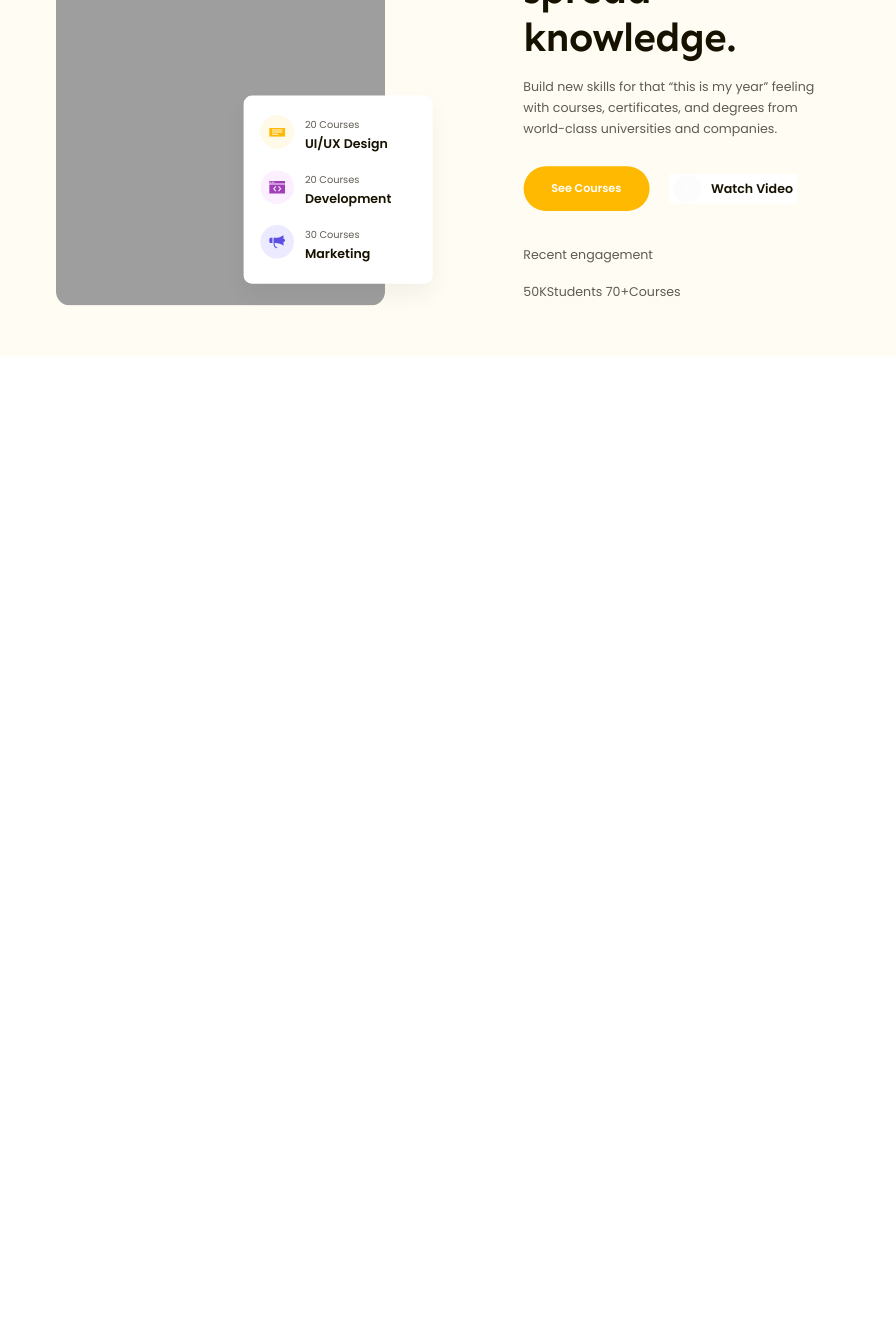
Repository: dovanlanh/f8-project-02
Page: index.html
An editor plug-in stored every save of this project. The page is shown before and after the next save, followed by the edit.
The browser window is 1280 px wide. The pictures show the part of the page from y = 398 to 2298 px (the page is 10000 px tall), at 70% of full size.
The pointer rests on the first visible `.hero .watch-video .icon`.
Pictures or frames that could not be fetched are drawn as grey boxes.

Above is the page before, as saved 2023-02-05 11:50:34.

### index.html
<!DOCTYPE html>
<html lang="en">
<head>
    <meta charset="UTF-8">
    <meta http-equiv="X-UA-Compatible" content="IE=edge">
    <meta name="viewport" content="width=device-width, initial-scale=1.0">
    <title>F8 Project 02</title>
    <!-- reset css -->
    <link rel="stylesheet" href="./assets/css/reset.css">
    <!-- embed fonts -->
    <link rel="preconnect" href="https://fonts.googleapis.com">
    <link rel="preconnect" href="https://fonts.gstatic.com" crossorigin>
    <link href="https://fonts.googleapis.com/css2?family=Poppins:ital,wght@0,400;0,500;0,600;0,700;1,400&family=Sen:wght@700&display=swap" rel="stylesheet">
    <!-- style -->
    <link rel="stylesheet" href="./assets/css/styles.css">
</head>
<body>
    <main style=" height: 10000px">
        <!-- header  -->
        <header class="header fixed">
            <div class="main-content">
                    <div class="body">
                        <!-- logo -->
                        <img src="./assets/img/Lesson.svg" alt="Lesson" class="Logo">
                        <!-- nav -->
                        <nav class="nav">
                            <ul>
                                <li class="active">
                                    <a href="#!">Home</a>
                                </li>
                                <li>
                                    <a href="#!">Courses</a>
                                </li>
                                <li>
                                    <a href="#!">Pricing</a>
                                </li>
                                <li>
                                    <a href="#!">Reviews</a>
                                </li>
                            </ul>
                        </nav>
                        <!-- active -->
                        <div class="action">
                            <a href="#!" class="btn sign-up-btn">Sign Up</a>
                        </div>
                    </div>
            </div>
        </header>
        <!-- Hero -->
        <div class="hero">
            <div class="main-content">
                <div class="body">
                    <!-- Hero left -->
                    <div class="media-block">
                        <img src="./assets/img/guy-lesson.svg" alt="" class="img">
                        <div class="hero-summary">
                            <div class="item">
                                <div class="icon">
                                    <img src="./assets/img/list-icon1.svg" alt="">
                                </div>
                                <div class="info">
                                    <p class="label">20 Courses</p>
                                    <p class="tittle">UI/UX Design</p>
                                </div>
                            </div>
                            <div class="item">
                                <div class="icon">
                                    <img src="./assets/img/list-icon2.svg" alt="">
                                </div>
                                <div class="info">
                                    <p class="label">20 Courses</p>
                                    <p class="tittle">Development</p>
                                </div>
                            </div>
                            <div class="item">
                                <div class="icon">
                                    <img src="./assets/img/list-icon3.svg" alt="">
                                </div>
                                <div class="info">
                                    <p class="label">30 Courses</p>
                                    <p class="tittle">Marketing</p>
                                </div>
                            </div>
                        </div>
                    </div>
                    <!-- hero-right -->
                    <div class="content-block">
                        <h1 class="heading">Learn without limits and spread knowledge.</h1>
                        <p class="desc">
                            Build new skills for that “this is my year” feeling with courses, certificates, and degrees from world-class universities and companies.
                        </p>
                            <div class="cta-group">
                                <a href="#!" class="btn hero-cta">See Courses</a>
                                <button class="watch-video">
                                    <div class="icon">
                                        <img src="./assets/img/icon-watch-video.svg" alt="">
                                    </div>
                                    <span>Watch Video</span>
                                </button>
                            </div>
                        <p class="desc">Recent engagement</p>
                        <div class="desc stats">
                            <strong>50K</strong>Students
                            <strong>70+</strong>Courses
                        </div>
                    </div>
                </div>
            </div>
        </div>

    </main>
</body>
</html>

### assets/css/styles.css
* {
    box-sizing: border-box;
}
:root {
    --font-heading: sen, sans-serif;
    --primary-color:#FFB900;
}
html,
body {
    scroll-behavior: smooth;
    font-size: 62.5%;
}

html {
    font-size: 62.5%;
}

body {
    font-size: 1.6rem;
    font-family: 'Poppins', sans-serif;
}

/* common */
a {
    text-decoration: none;
}
.main-content {
    width: 1170px;
    max-width: calc(100% - 48px);
    margin-left: auto;
    margin-right: auto;
}
.btn {
    min-width: 118px;
    display: inline-block;
    padding: 0 16px;
    align-items: center;
    line-height: 50px;
    font-weight: 600;
    font-size: 1.6rem;
    text-align: center;
    color: #FFFFFF;
    background: #171100;
    border-radius: 999px;
}
.btn:hover {
    opacity: 0.9;
}
/* header */
.header {
    background:#FFFCF4;
}
.header.fixed {
    position: sticky;
    top: -32px;
}
.header .body {
    display: flex;
    align-items: center;
    padding: 36px 0 8px;
}
.nav ul {
    display: flex;
}

.nav {
    margin-left: auto;
}
.nav a {
    position: relative;
    padding: 8px 21px;
    font-weight: 400;
    font-size: 1.6rem;
    color: #5F5B53;
}
.nav a:hover,
.nav li.active a {
    text-shadow: 1px 0 0 currentColor;
    color: #171100;
}
.nav li.active a::after {
    left: 21px;
    bottom: 6px;
    display: block;
    content: "";
    position: absolute;
    width: 12px;
    height: 2px;
    background: #171100;
    border-radius: 1px;
}
.header .sign-up-btn {
    min-width: 144px;
}
.header .action {
    margin-left: 49px;
}

/* hero */
.hero {
    padding: 56px;
    background:#FFFCF4;
}
.hero .body {
    display: flex;
}
/* hero left */
.hero .media-block {
    width: 48%;
    position: relative;
}

.hero .media-block .img {
    width: 470px;
    height: 685px;
    object-fit: cover;
    border-radius: 20px;
}
.hero .media-block .hero-summary {
    position: absolute;
    right: 0;
    bottom: 48px;
}
.hero .hero-summary {
    width: 270px;
    padding: 28px 24px;
    background: #FFFFFF;
    box-shadow: 0px 16px 32px rgba(0, 0, 0, 0.05);
    border-radius: 12px;
}
.hero-summary .item {
    display: flex;
}
.hero-summary .icon {
    width: 48px;
    height: 48px;
    border-radius: 50%;
    display: flex;
    align-items: center;
    justify-content: center;
    background: #FFF9E8;
}
.hero-summary .info {
    margin-left: 16px;
}
.hero-summary .label {
    font-weight: 400;
    font-size: 1.4rem;
    line-height: 1.86;
    color: #5F5B53;
}
.hero-summary .tittle {
    font-weight: 600;
    font-size: 1.8rem;
    line-height: 1.67;
    color: #171100;
}
.hero-summary .item + .item {
    margin-top: 22px;
}
.hero-summary .item:nth-of-type(2) .icon {
    background: #FCEFFF;
}
.hero-summary .item:nth-of-type(3) .icon {
    background: #EBEAFF;
}
/* hero right */
.hero .content-block {
    width: 52%;
    padding: 64px 0 0 130px;
}
.hero .content-block .heading {
    font-family: var(--font-heading);
    font-weight: 700;
    font-size: 5.8rem;
    line-height: 1.17;
    letter-spacing: -0.02em;
    color: #171100;
}
.content-block .desc {
    margin: 22px 0;
    font-weight: 400;
    font-size: 1.8rem;
    line-height: 1.67;
    color: #5F5B53;
}
.content-block .cta-group {
    margin: 38px 0 48px;
}
.content-block .cta-group .hero-cta{
    min-width: 180px;
    background-color: var(--primary-color);
    line-height: 64px;
}
.content-block .cta-group {
    display: flex;
    align-items: center;
}
.hero .watch-video {
    margin-left: 28px;
    display: flex;
    align-items: center;
    border: none;
    background: #fff;
}
.cta-group span {
    font-family: 'poppins', sans-serif;
    margin-left: 14px;
    font-weight: 600;
    font-size: 1.8rem;
    line-height: 1.67;
    color: #171100;
}
.hero .watch-video .icon {
    display: flex;
    align-items: center;
    justify-content: center;
    width: 40px;
    height: 40px;
    background: #FFFFFF;
    box-shadow: 0px 8px 16px rgba(0, 0, 0, 0.07);
    border-radius: 50%;
    cursor: pointer;
}
.hero .watch-video .icon:hover {
    background: #000;
    opacity: 0.01;
}

Loaded but not shown: assets/css/reset.css (common file)

After the next save:
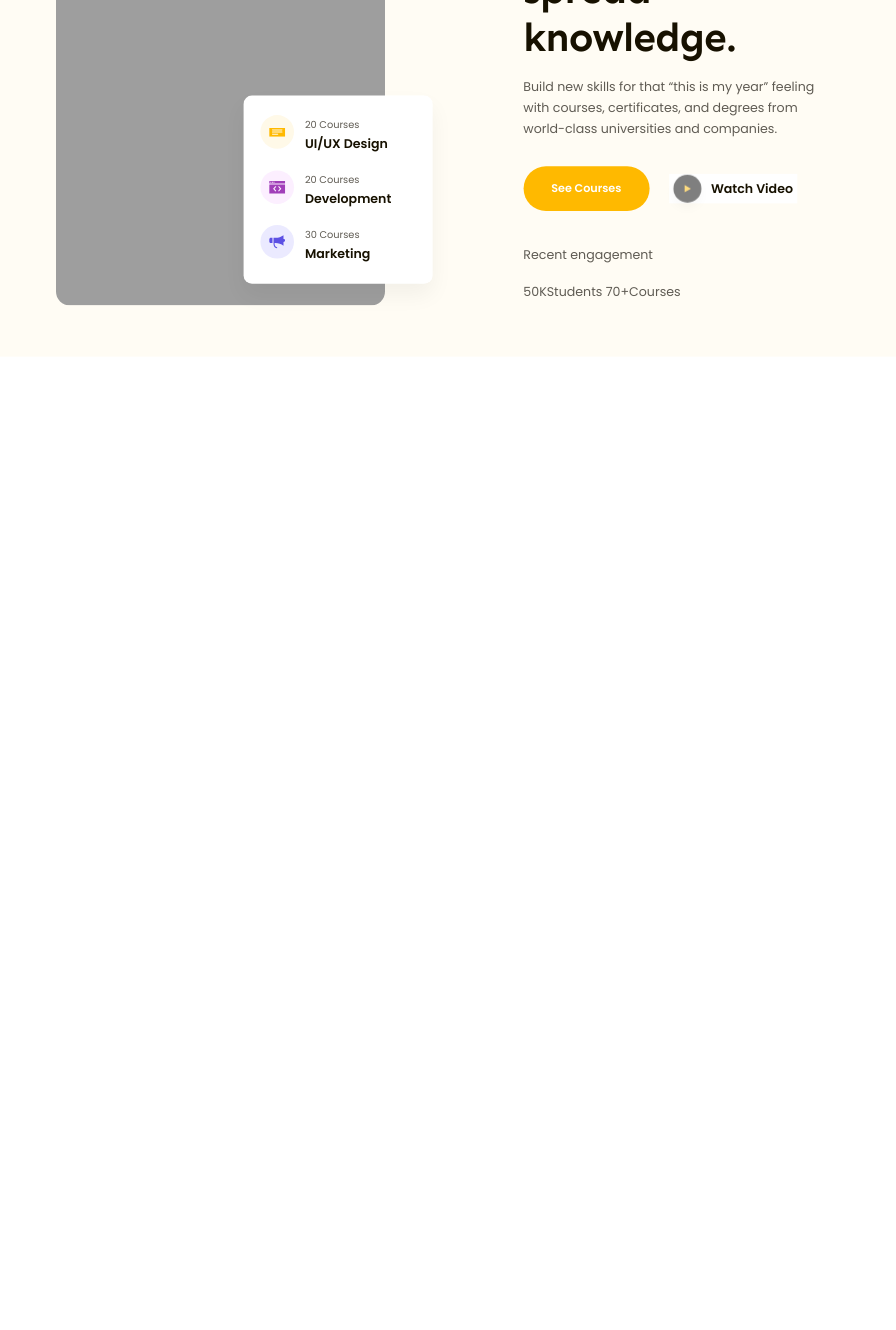
Saved 9 s later.
--- a/assets/css/styles.css
+++ b/assets/css/styles.css
@@ -224,5 +224,5 @@ a {
 }
 .hero .watch-video .icon:hover {
     background: #000;
-    opacity: 0.01;
-}
+    opacity: 0.5;
+}
